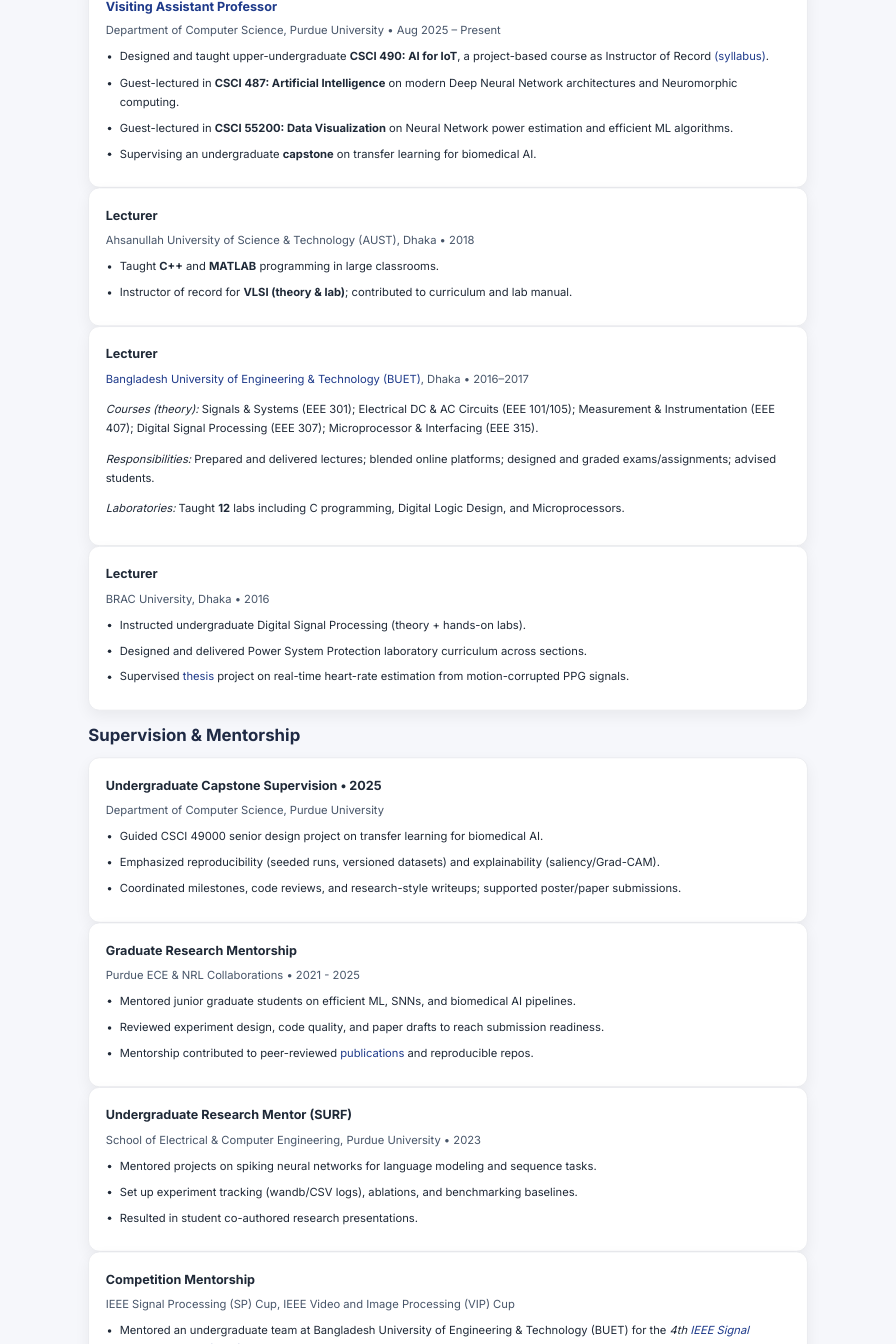
Repository: SayeedChowdhury/SayeedChowdhury.github.io
Page: teaching.html
These files come from the project's save history. The page is drawn as it stood at one moment and after the next save; the edit follows.
The browser window is 1280 px wide. The pictures show the part of the page from y = 450 to 2370 px (the page is 3408 px tall before and 3446 px after), at 70% of full size.

Above is the page before, as saved 2025-08-29 18:22:24.

### teaching.html
<!doctype html>
<html lang="en">
<head>
  <meta charset="utf-8">
  <meta name="viewport" content="width=device-width, initial-scale=1">
  <title>Teaching & Mentorship • Sayeed S. Chowdhury</title>
  <link rel="preconnect" href="https://fonts.googleapis.com">
  <link rel="preconnect" href="https://fonts.gstatic.com" crossorigin>
  <link href="https://fonts.googleapis.com/css2?family=Inter:wght@400;600;700&display=swap" rel="stylesheet">
  <link rel="stylesheet" href="assets/style.css">
</head>
<body>
<div class="nav">
  <div class="inner container">
    <div class="brand"><span class="dot"></span> <a href="index.html" style="text-decoration:none;color:inherit;">Sayeed S. Chowdhury</a></div>
    <div style="margin-left:auto; display:flex; gap:6px; flex-wrap:wrap">
      <a href="index.html" class="">Home</a>
      <a href="edu-exp.html" class="">Education & Research</a>
      <a href="teaching.html" class="active">Teaching & Mentorship</a>
      <!-- <a href="research.html" class="">Research</a> -->
      <a href="publications.html" class="">Publications</a>
      <a href="awards.html" class="">Grants and Awards</a>
      <a href="contact.html" class="">Contact</a>
    </div>
  </div>
</div>
<div class="container">

  <section class="section">
    <h2>Teaching Philosophy</h2>
    <div class="card">
      <p style="margin:0">
        I create an inclusive, student-centered classroom that blends Socratic questioning with project-based learning.
        My goals are to build strong fundamentals, develop students’ ability to reason from first principles, and connect
        theory to practice through open-ended labs and reproducible coding assignments.
      </p>
    </div>

    <h2>Teaching Experience</h2>

    <!-- Purdue — Visiting Assistant Professor -->
    <div class="card">
      <h3><a href="https://www.cs.purdue.edu/people/faculty/chowdh23.html" target="_blank" rel="noopener">Visiting Assistant Professor</a></h3>
      <div class="lead">Department of Computer Science, Purdue University • Aug&nbsp;2025 – Present</div>
      <ul class="list">
        <li>Designed and taught upper-undergraduate <strong>CSCI 490: AI for IoT</strong>, a project-based course as Instructor of Record <a href="assets/AIoT-syllabus.pdf" target="_blank" rel="noopener">(syllabus)</a>.</li>
        <li>Guest-lectured in <strong>CSCI 487: Artificial Intelligence</strong> on modern Deep Neural Network architectures and Neuromorphic computing.</li>
        <li>Guest-lectured in <strong>CSCI 55200: Data Visualization</strong> on Neural Network power estimation and efficient ML algorithms.</li>
        <li>Supervising an undergraduate <strong>capstone</strong> on transfer learning for biomedical AI.</li>
      </ul>
    </div>

    <!-- AUST -->
    <div class="card">
      <h3>Lecturer</h3>
      <div class="lead">Ahsanullah University of Science &amp; Technology (AUST), Dhaka • 2018</div>
      <ul class="list">
        <li>Taught <strong>C++</strong> and <strong>MATLAB</strong> programming in large classrooms.</li>
        <li>Instructor of record for <strong>VLSI (theory &amp; lab)</strong>; contributed to curriculum and lab manual.</li>
      </ul>
    </div>

    <!-- BUET -->
    <div class="card">
      <h3>Lecturer</h3>
      <div class="lead"> <a href="https://sayeed.buet.ac.bd/" target="_blank" rel="noopener">Bangladesh University of Engineering &amp; Technology (BUET)</a>, Dhaka • 2016–2017</div>
      <p><em>Courses (theory):</em> Signals &amp; Systems (EEE 301); Electrical DC &amp; AC Circuits (EEE 101/105);
        Measurement &amp; Instrumentation (EEE 407); Digital Signal Processing (EEE 307);
        Microprocessor &amp; Interfacing (EEE 315).</p>
      <p><em>Responsibilities:</em> Prepared and delivered lectures; blended online platforms; designed and graded
        exams/assignments; advised students.</p>
      <p><em>Laboratories:</em> Taught <strong>12</strong> labs including C programming, Digital Logic Design, and Microprocessors.</p>
    </div>

    <!-- BRAC University -->
    <div class="card">
      <h3>Lecturer</h3>
      <div class="lead">BRAC University, Dhaka • 2016</div>
      <ul class="list">
        <li>Instructed undergraduate Digital Signal Processing (theory + hands-on labs).</li>
        <li>Designed and delivered Power System Protection laboratory curriculum across sections.</li>
        <li>Supervised <a href="https://dspace.bracu.ac.bd/xmlui/handle/10361/8610?show=full" target="_blank" rel="noopener">thesis</a> project on real-time heart-rate estimation from motion-corrupted PPG signals.</li>
      </ul>
    </div>

    <h2>Supervision &amp; Mentorship</h2>

    <!-- Undergraduate Capstone -->
    <div class="card">
      <h3>Undergraduate Capstone Supervision • 2025</h3>
      <div class="lead">Department of Computer Science, Purdue University</div>
      <ul class="list">
        <li>Guided CSCI 49000 senior design project on transfer learning for biomedical AI.</li>
        <li>Emphasized reproducibility (seeded runs, versioned datasets) and explainability (saliency/Grad-CAM).</li>
        <li>Coordinated milestones, code reviews, and research-style writeups; supported poster/paper submissions.</li>
      </ul>
    </div>

    <!-- Graduate Mentorship -->
    <div class="card">
      <h3>Graduate Research Mentorship</h3>
      <div class="lead">Purdue ECE &amp; NRL Collaborations • 2021 - 2025</div>
      <ul class="list">
        <li>Mentored junior graduate students on efficient ML, SNNs, and biomedical AI pipelines.</li>
        <li>Reviewed experiment design, code quality, and paper drafts to reach submission readiness.</li>
        <li>Mentorship contributed to peer-reviewed <a href=" https://ieeexplore.ieee.org/abstract/document/11078244" target="_blank" rel="noopener">publications</a> and reproducible repos.</li>
      </ul>
    </div>

    <!-- SURF Projects -->
    <div class="card">
      <h3>Undergraduate Research Mentor (SURF)</h3>
      <div class="lead">School of Electrical &amp; Computer Engineering, Purdue University • 2023</div>
      <ul class="list">
        <li>Mentored projects on spiking neural networks for language modeling and sequence tasks.</li>
        <li>Set up experiment tracking (wandb/CSV logs), ablations, and benchmarking baselines.</li>
        <li>Resulted in student co-authored research presentations.</li>
      </ul>
    </div>


    <!-- Competitions -->

<div class="card">
  <h3>Competition Mentorship</h3>
  <div class="lead">IEEE Signal Processing (SP) Cup, IEEE Video and Image Processing (VIP) Cup</div>
  <ul class="list">
    <li>
      Mentored an undergraduate team at Bangladesh University of Engineering &amp; Technology (BUET)
      for the <em>4th <a href="https://ieeexplore.ieee.org/document/7974869" target="_blank" rel="noopener">IEEE Signal Processing Cup (2017)</a></em> on real-time music beat prediction, achieving
      <strong>Honorable Mention</strong>.
    </li>
    <li>
      Guided a BUET student team in the <em>1st <a href="https://ieeexplore.ieee.org/stamp/stamp.jsp?arnumber=8310690" target="_blank" rel="noopener">IEEE Video and Image Processing Cup</a></em> to develop a traffic
      sign detection system for self-driving cars, securing <strong>3rd place worldwide</strong>.
    </li>
    <li>
      Supervised an undergraduate team at Ahsanullah University of Science and Technology (AUST)
      for the <em>7th <a href="https://arxiv.org/pdf/2007.10812" target="_blank" rel="noopener">IEEE Signal Processing Cup (2020)</a></em> on anomaly detection in an unsupervised surveillance
      setting, ranking <strong>8th place worldwide</strong>.
    </li>
  </ul>

  <!-- Competition Images with Captions -->
  <div style="display: flex; flex-wrap: wrap; gap: 10px; margin-top: 15px;">
    <figure style="flex: 1; min-width: 280px; text-align: center;">
      <img src="images/competition1.png" alt="IEEE VIP Cup 2017 Team and Competition" style="max-width: 100%; border-radius: 8px;">
      <figcaption style="font-size: 0.9em; color: #555; margin-top: 5px;">
        IEEE VIP Cup 2017 — BUET Team &amp; On-site Competition
      </figcaption>
    </figure>
    <figure style="flex: 1; min-width: 280px; text-align: center;">
      <img src="images/competition2.png" alt="IEEE SPC 2017 Team and Project Display" style="max-width: 100%; border-radius: 8px;">
      <figcaption style="font-size: 0.9em; color: #555; margin-top: 5px;">
        IEEE Signal Processing Cup 2017 — BUET Team &amp; Project Showcase
      </figcaption>
    </figure>
  </div>
</div>



      <!-- Undergraduate Capstone -->
    <div class="card">
      <h3>Undergraduate Thesis Supervision </h3>
      <div class="lead">Department of EEE, BRAC University • 2017</div>
      <ul class="list">
        <li>Supervised <a href="https://dspace.bracu.ac.bd/xmlui/handle/10361/8610?show=full" target="_blank" rel="noopener">thesis</a> project on real-time heart-rate estimation from motion-corrupted PPG signals, guiding research design, algorithm selection, and ethical compliance.</li>
        <li>Mentored students in refining research questions, coding best practices, version control, and reproducible experiment pipelines, with regular progress reviews and milestone tracking.</li>
        <li>Provided detailed feedback on technical writing, presentation skills, and defense preparation, ensuring readiness for academic and industry audiences.</li>
        </ul>
    </div>
</div>

  </section>

</div>
<div class="footer">© 2025 Sayeed Shafayet Chowdhury • Built with GitHub Pages</div>
</body>
</html>

### assets/style.css
/* ================================
   Sayeed S. Chowdhury — style.css
   Mild light theme (no top halo)
   ================================ */

   :root{
    --bg:#f6f7fb;          /* mild light (not white) */
    --panel:#ffffff;       /* card surface */
    --panel-2:#f1f5fb;     /* subtle secondary surface */
    --ink:#1f2937;         /* main text (slate-800) */
    --muted:#475569;       /* secondary text (slate-600) */
    --navy:#1e3a8a;        /* accent for nav/links (blue-900) */
    --gold:#b58500;        /* optional accent */
    --border:#e5e7eb;      /* card/nav borders */
    --shadow:0 8px 22px rgba(0,0,0,.06);
    --radius:16px;
  }

  /* Base */
  *{ box-sizing:border-box }
  html,body{ height:100% }
  body{
    margin:0;
    color:var(--ink);
    background:var(--bg); /* removed radial gradients/halo */
    font:16px/1.7 "Inter", system-ui, -apple-system, Segoe UI, Roboto, Helvetica, Arial;
    -webkit-font-smoothing:antialiased;
    text-rendering:optimizeLegibility;
  }

  .container{ max-width:1100px; margin:0 auto; padding:24px }

  /* Top Nav */
  .nav{
    position:sticky; top:0; z-index:10;
    background:#f9fafb;                      /* solid so it’s visible */
    backdrop-filter:saturate(140%) blur(6px);
    border-bottom:1px solid var(--border);
    box-shadow:0 6px 14px rgba(0,0,0,.04);
  }
  .nav .inner{ display:flex; align-items:center; gap:16px; padding:12px 24px; }
  .nav .brand{ display:flex; align-items:center; gap:10px; font-weight:700; color:var(--ink) }
  .nav .brand .dot{ width:10px; height:10px; border-radius:50%; background:linear-gradient(45deg,#2563eb,#60a5fa); box-shadow:0 0 8px rgba(37,99,235,.5) }
  .nav a{
    color:#334155;                            /* slate-700: readable */
    text-decoration:none;
    padding:8px 12px;
    border-radius:10px;
  }
  .nav a:hover{
    color:var(--navy);
    background:#e6edf7;                       /* gentle hover pill */
  }
  .nav a.active{
    color:var(--navy);
    background:#dbeafe;                       /* visible active pill */
    font-weight:600;
  }
  .nav a:focus-visible{ outline:2px solid #93c5fd; outline-offset:2px }

  /* Hero & Layout */
  .hero{
    display:grid; grid-template-columns:1.1fr .9fr; gap:28px; align-items:stretch;
    padding:48px 24px 12px;
  }
  .row{ display:flex; gap:18px; flex-wrap:wrap; align-items:center }

  /* Cards */
  .card{
    background:var(--panel);
    border:1px solid var(--border);
    border-radius:var(--radius);
    box-shadow:var(--shadow);
    padding:24px;
  }
  .cards{ display:grid; grid-template-columns:repeat(12,1fr); gap:20px; margin-top:18px }
  .card.grid-12{ grid-column:span 12 }
  .card.grid-6{ grid-column:span 6 }
  .card.grid-4{ grid-column:span 4 }

  /* Typography */
  h1{ font-size:32px; margin:0 0 6px }         /* smaller homepage name */
  h2{ font-size:24px; margin:16px 0 10px; color:#1f2a44 }
  h3{ font-size:18px; margin:0 0 6px }
  .lead{ color:var(--muted); font-size:16px }
  .kicker{ color:var(--gold); font-weight:700; letter-spacing:.4px; text-transform:uppercase; font-size:12px }
  .page-title{ margin:8px 0 16px }
  .page-title h1{ font-size:46px; letter-spacing:.4px; margin:0; color:#1f2a44 }

  /* Lists */
  .list{ padding-left:20px; margin:0 }
  .list li{ margin:10px 0 }

  /* Headshot */
  .headshot{
    width:160px; height:160px; border-radius:50%; object-fit:cover;
    border:3px solid #eef2ff; box-shadow:0 4px 14px rgba(0,0,0,.06)
  }

  /* Badges & Pills */
  .badges{ display:flex; flex-wrap:wrap; gap:10px; margin-top:14px }
  .badge{
    background:#f1f5fb; border:1px solid #dbe4f2; color:#2b4a6a;
    padding:6px 10px; border-radius:999px; font-size:13px
  }
  .pill{
    display:inline-block; padding:5px 10px; border:1px solid var(--border);
    border-radius:999px; font-size:12px; color:var(--muted); margin-right:8px
  }

  /* Buttons */
  .cta{ display:flex; gap:12px; flex-wrap:wrap; margin-top:12px }
  .button{
    display:inline-flex; align-items:center; gap:10px;
    padding:12px 16px; border-radius:12px;
    border:1px solid #c7d2fe; background:#eef2ff; color:#1f2937;
    text-decoration:none; font-weight:600;
  }
  .button:hover{ background:#e0e7ff }
  .button.secondary{ background:#ffffff; border:1px solid #e4e8ef }

  /* Links (site-wide) */
  a{ color:#1e3a8a; text-decoration:none }
  a:hover{ color:#0f2a6e; text-decoration:underline }
  a:visited{ color:#1e3a8a } /* avoid purple on visited */

  /* Sections */
  .section{ padding:12px }
  .section .title{ display:flex; align-items:center; justify-content:space-between }

  /* Footer (visible on light) */
  .footer{
    background:#f9fafb;
    color:#475569;
    border-top:1px solid var(--border);
    text-align:center;
    padding:20px;
    margin-top:40px;
  }

  /* Forms (if any) */
  input, textarea, select{
    background:#fff; color:var(--ink); border:1px solid var(--border);
    border-radius:10px; padding:10px 12px
  }
  input:focus, textarea:focus, select:focus{
    outline:2px solid #93c5fd; outline-offset:2px
  }

  /* Responsive */
  @media (max-width: 900px){
    .hero{ grid-template-columns:1fr }
    .card.grid-6, .card.grid-4{ grid-column:span 12 }
  }

  /* Print */
  @media print{
    .nav, .footer, .cta{ display:none }
    body{ background:#ffffff; color:#111 }
    .card{ box-shadow:none; border-color:#ddd }
  }

After the next save:
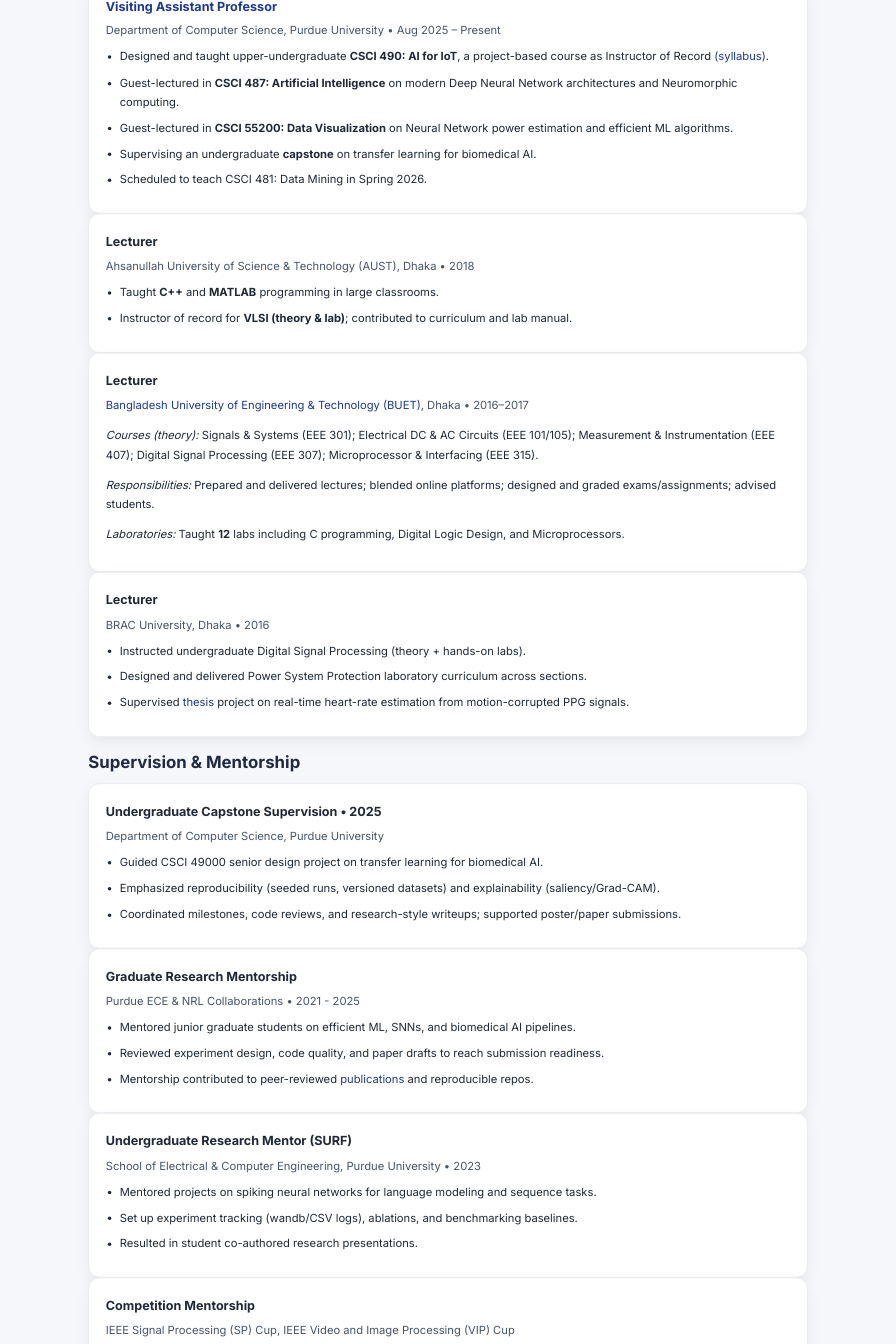
Saved 24 days later.
--- a/teaching.html
+++ b/teaching.html
@@ -47,6 +47,7 @@
         <li>Guest-lectured in <strong>CSCI 487: Artificial Intelligence</strong> on modern Deep Neural Network architectures and Neuromorphic computing.</li>
         <li>Guest-lectured in <strong>CSCI 55200: Data Visualization</strong> on Neural Network power estimation and efficient ML algorithms.</li>
         <li>Supervising an undergraduate <strong>capstone</strong> on transfer learning for biomedical AI.</li>
+        <li>Scheduled to teach CSCI 481: Data Mining in Spring 2026.</li>
       </ul>
     </div>
 
